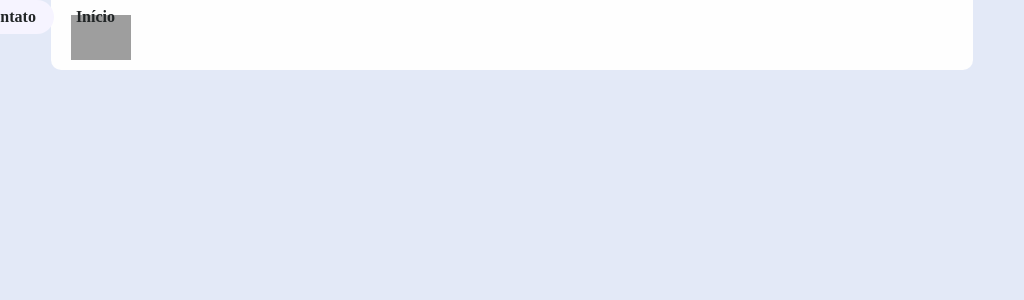
Repository: Matheus904-12/EggManSTORE
Page: index.html
An editor plug-in stored every save of this project. The page is shown before and after a run of saves, followed by the edit.
The browser window is 1024 px wide. The pictures show the whole page.
Pictures or frames that could not be fetched are drawn as grey boxes. Some web fonts or font styles are not loaded; a fallback is used.

Above is the page before, as saved 2023-11-02 14:47:58.

After the next 3 saves:
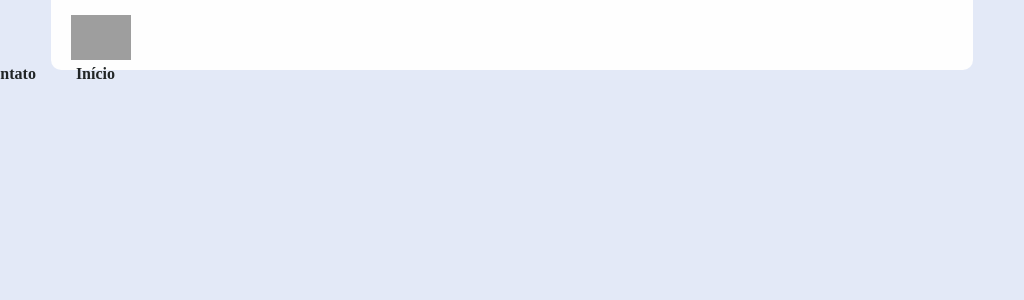
The 3 saves are shown as one change because they came seconds apart.
The last was saved 7 s later.
--- a/style.css
+++ b/style.css
@@ -87,6 +87,7 @@ nav ul li a:active {
         box-shadow: 2px 0 20px 0 rgba(0, 0, 0, 0.05);
     }
     nav .logo {
-        display: ;
+        display: block;
+        height: ;
     }
 }
